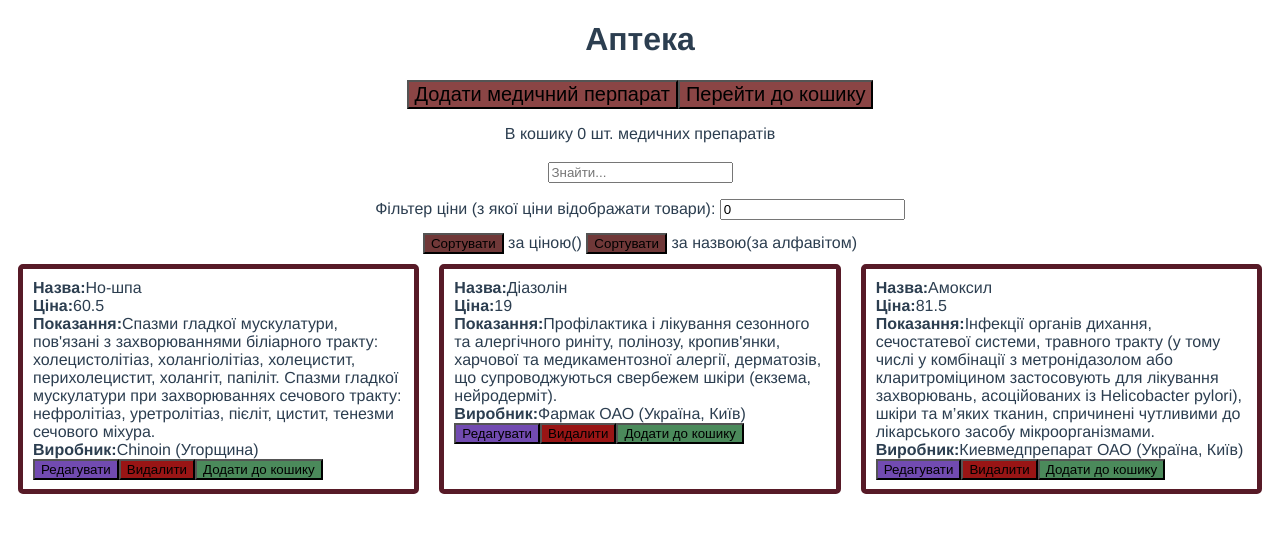
Repository: kristinap8/pharmacy
Page: /
An editor plug-in stored every save of this project. The page is shown before and after the next save, followed by the edit.
The browser window is 1280 px wide. The pictures show the whole page.
The project was rebuilt for these pictures with package versions that can differ from the ones it lists, and the page was loaded fresh each time. Also part of the build but not shown: src/components/AddMedicineForm/index.vue, src/pages/AddMedicine/index.vue, src/components/EditMedicineForm/index.vue, src/pages/EditMedicine/index.vue, src/components/CartForm/index.vue, src/pages/Cart/index.vue.

Above is the page before, as saved 2020-12-10 11:28:14.

### src/main.js
import Vue from 'vue'
import App from './App.vue'
import router from "./router"
import store from "./store"

Vue.config.productionTip = false

new Vue({
  store,
  router,
  render: h => h(App),
}).$mount('#app')

### src/App.vue
<template>
  <div id="app">
    <router-view/>
  </div>
</template>

<script>
export default {
  name: "App",
  components: {},
};
</script>

<style>
#app {
  font-family: Avenir, Helvetica, Arial, sans-serif;
  -webkit-font-smoothing: antialiased;
  -moz-osx-font-smoothing: grayscale;
  color: #2c3e50;
}
</style>

### src/router.js
import Vue from "vue";
import VueRouter from "vue-router";
import AddMedicine from "@/pages/AddMedicine";
import EditMedicine from "@/pages/EditMedicine";
import AllMedicines from "@/pages/AllMedicines";
import Cart from "@/pages/Cart";

Vue.use(VueRouter);

const routes=[
    {
        path:'/',
        name:'all-medicines',
        component:AllMedicines
    },
    {
        path:'/edit_medicine/:medicine_id',
        name:'edit-medicine',
        component:EditMedicine
    },
    {
        path:'/add_medicine',
        name:'add-medicine',
        component:AddMedicine
    },
    {
        path:'/cart',
        name:'cart',
        component:Cart
    },

]

const router=new VueRouter({
    mode:"history",
    routes
});

export default router;

### src/store/index.js
import Vue from "vue";
import Vuex from "vuex";
import { v4 as uuid_v4 } from 'uuid'

Vue.use(Vuex)
const store=new Vuex.Store({
    state:{
      medicinesList:[
          {
              id:1,
              name:'Но-шпа',
              price:60.5,
              requirements:"Спазми гладкої мускулатури, пов'язані з захворюваннями біліарного тракту: холецистолітіаз, холангіолітіаз, холецистит, перихолецистит, холангіт, папіліт. Спазми гладкої мускулатури при захворюваннях сечового тракту: нефролітіаз, уретролітіаз, пієліт, цистит, тенезми сечового міхура.",
              maker:"Chinoin (Угорщина)"

          },
          {
            id:2,
            name:"Діазолін",
            price:19,
            requirements:"Профілактика і лікування сезонного та алергічного риніту, полінозу, кропив'янки, харчової та медикаментозної алергії, дерматозів, що супроводжуються свербежем шкіри (екзема, нейродерміт).",
            maker:"Фармак ОАО (Україна, Київ)"

        },
        {
            id:3,
            name:"Амоксил",
            price:81.5,
            requirements:"Інфекції органів дихання, сечостатевої системи, травного тракту (у тому числі у комбінації з метронідазолом або кларитроміцином застосовують для лікування захворювань, асоційованих із Helicobacter pylori), шкіри та м’яких тканин, спричинені чутливими до лікарського засобу мікроорганізмами.",
            maker:"Киевмедпрепарат ОАО (Україна, Київ)"

        }
      ],
      cart:[],
      cartItemsCount:0
    },
    mutations:{
        addMedicine(state, data) {
            state.medicinesList.push({
             id: uuid_v4(),
             ...data,
           })
         },
         deleteMedicine(state,id){
             let medicines=state.medicinesList.filter(medicine=>medicine.id!=id)
             state.medicinesList=medicines;
         },
         editMedicine(state,medicine){
             state.medicinesList.forEach(m=>{
                 if(m.id==medicine.id){
                     m=medicine;
                 }
             } )
         },
         addToCart(state,medicine){
            let isMedicineExists=state.cart.find(m => m.id == medicine.id);

            if (isMedicineExists) {
                isMedicineExists.quantity ++;
                isMedicineExists.totalPrice = (isMedicineExists.quantity * isMedicineExists.price).toFixed(2);
            } else {
                state.cart.push(medicine);

                Vue.set(medicine, 'quantity', 1);
                Vue.set(medicine, 'totalPrice', medicine.price);
            }
             state.cartItemsCount++
         },
         deleteItemFromCart(state,medicine){
            let index = state.cart.indexOf(medicine);
            if (index > -1) {
                let item= state.cart[index];
                if(item.quantity>1)
                {
                    state.cartItemsCount--;
                    item.quantity--;
                    item.totalPrice-=item.price;
                }
                else{
                    state.cartItemsCount -= item.quantity;
                    state.cart.splice(index, 1);
                }

            }
         }
    },
    actions:{
        addMedicine({ commit }, medicine) {
            commit('addMedicine', medicine)
         },
          deleteMedicine({commit},id){
              commit('deleteMedicine',id)
          },
          editMedicine({commit},medicine){
              commit('editMedicine',medicine)
          },
          addToCart({commit},medicine){
              commit('addToCart',medicine)
          },
          deleteItemFromCart({commit},medicine){
              commit("deleteItemFromCart",medicine)
          }

    },
    getters:{
        getMedicines:(state)=> state.medicinesList,
        getMedicineById:(state)=>(id)=>{return state.medicinesList.find(m=>m.id===id)},
        getMedicinesInCart:(state)=>state.cart,
     },
    modules:{

    }
})

export default store

### src/pages/AllMedicines/index.vue
<template>
    <div>
        <h1 class="header">Аптека</h1>
        <div class='btns'>
        <router-link to="/add_medicine" tag="button" class='add-btn'>Додати медичний перпарат</router-link>
        <router-link to="/cart" tag="button" class='cart-btn'>Перейти до кошику</router-link>
        </div>
        <p class="cart-count">В кошику {{this.$store.state.cartItemsCount}} шт. медичних препаратів</p>
     <medicines-list/>
    </div>
</template>

<script>

import MedicinesList from "../../components/MedicinesList"
    export default {
        name:"AllMedicine",
        components: {
            MedicinesList,
        },

    }
</script>

<style lang="scss" scoped>
 .header{
      text-align: center;
  }
  .cart-count{
   text-align: center;
  }
  .btns{
      text-align: center;
  }
  .add-btn{
      background:rgb(139, 69, 69);
      font-size:20px;
  }
  .cart-btn{
      background:rgb(139, 69, 69);
      font-size:20px;
  }
</style>

### src/components/MedicinesList/index.vue
<template>
    <div>
        <div class="search-filter">
          <input type="text" placeholder="Знайти..." v-model="search"/><br/>
        </div>
        <div class="price-filter">
          <label>
          Фільтер ціни (з якої ціни відображати товари):
          <input type="number" v-model="price"/>
          </label>
        </div>
        <div class="sort">
              <button id="s" @click="sortByPrice">Сортувати</button>
                за ціною({{chosenDir}})
                <button id="s" @click="sortByName">Сортувати</button>
                за назвою({{sortByNameDir}})
        </div>
    <div class="list-container">
    <medicine-card
    v-for="medicine in filteredMedicines"
    :key="medicine.id"
    :id="medicine.id"
    :name="medicine.name"
    :price="medicine.price"
    :requirements="medicine.requirements"
    :maker="medicine.maker"
    />
     </div>
    </div>
</template>

<script>
import { mapGetters } from 'vuex'
import MedicineCard from "./MedicineCard"
    export default {
        name:"MedicinesList",
        data() {
            return {
                search:"",
                price:0,
                sortByPriceDir:true,
                sortByPrice:'за зростанням',
                sortByNameDir:"за алфавітом"
            }
        },
        components: {
        MedicineCard,
        },
        computed: {
            ...mapGetters(['getMedicines']),
            filteredMedicines() {
           return this.getMedicines
             .filter((m) => {
              return (
              m.name.toLowerCase().includes(this.search.toLowerCase()) ||
              m.maker.toLowerCase().includes(this.search.toLowerCase()) ||
              m.requirements.toLowerCase().includes(this.search.toLowerCase())||
              m.price==Number(this.search)
            );})
            .filter((m)=>{
                return(
                   m.price >= Number(this.price)
                )
            })
            }
           },
            methods: {
                sortByPrice() {
                     if(this.chosenDir==this.sortByPriceDir[0])
                     {
                        this.chosenDir=this.sortByPriceDir[1]
                     }else{
                        this.chosenDir=this.sortByPriceDir[0]
                     }

                }
            }
        }

//var sortByName = function (d1, d2) {return (d1.name.toLowerCase() > d2.name.toLowerCase()) ? 1 : -1;};
//;
</script>

<style lang="scss" scoped>
  .list-container{
      display: flex;
  }
  .search-filter{
      text-align: center;
      margin:10px;
      padding: 3px;
  }
  .price-filter{
      text-align: center;
      margin:10px;
      padding: 3px;
  }
  .sort{
      text-align: center;
  }
  #s{
      background:rgb(112, 56, 56);
  }
</style>

### src/components/MedicinesList/MedicineCard/index.vue
<template>
    <div class="card-container">
    <div><b>Назва:</b>{{name}}</div>
    <div><b>Ціна:</b>{{price}}</div>
    <div><b>Показання:</b>{{requirements}}</div>
    <div><b>Виробник:</b>{{maker}}</div>
    <button @click="onEditMedicine" class="edit-btn">Редагувати</button>
    <button @click="onDeleteMedicine(id)" class="delete-btn">Видалити</button>
    <button @click="onAddToCart({id,name,price,requirements,maker})" class="add-btn">Додати до кошику</button>
    </div>
</template>

<script>
import { mapActions } from 'vuex'
  export default {
        name:"MedicineCard",
        props: {
            id: {
                type: [String,Number],
                required:true,
            },
            name: {
                type: String,
                default:"Назва препарату не вказана"
            },
            price:{
                type:[String,Number],
                default:0
            },
            requirements:{
                type:String,
                default:"Показань до застосування не вказано"
            },
            maker:{
                type:String,
                default:"Виробника не вказано"
            }

        },
        methods: {
            onDeleteMedicine(id) {
                this.$store.dispatch("deleteMedicine",id)
             },
            onEditMedicine(){
                this.$router.push({
                    name:'edit-medicine',
                    params:{medicine_id:this.id}
                })
            },
            ...mapActions(['addToCart']),
            onAddToCart(item){
                this.$store.dispatch('addToCart',item)
            }
        },
    }
</script>

<style lang="scss" scoped>
.card-container{
  width: 400px;
  height: 200px;
  border: 5px solid rgb(87, 26, 39);
  border-radius: 5px;
  padding: 10px;
  margin: 10px;
  text-align: left;
}
.add-btn{
    background:rgb(75, 138, 91)
}
.edit-btn{
    background:rgb(114, 75, 177)
}
.delete-btn{
    background:rgb(153, 21, 21)
}
</style>

Loaded but not shown: public/index.html (common file)

After the next save:
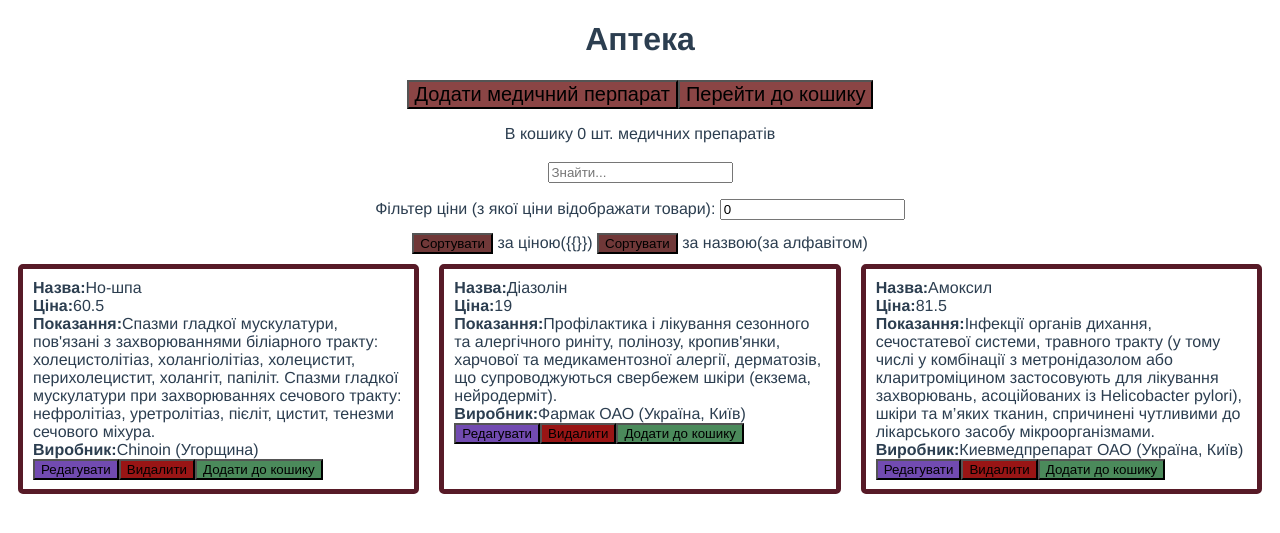
Saved 23 s later.
--- a/src/components/MedicinesList/index.vue
+++ b/src/components/MedicinesList/index.vue
@@ -11,7 +11,7 @@
         </div>
         <div class="sort">
               <button id="s" @click="sortByPrice">Сортувати</button>
-                за ціною({{chosenDir}})
+                за ціною({{}})
                 <button id="s" @click="sortByName">Сортувати</button>
                 за назвою({{sortByNameDir}})
         </div>
@@ -39,7 +39,7 @@ import MedicineCard from "./MedicineCard"
                 search:"",
                 price:0,
                 sortByPriceDir:true,
-                sortByPrice:'за зростанням',
+                sortP:'за зростанням',
                 sortByNameDir:"за алфавітом"
             }
         },
